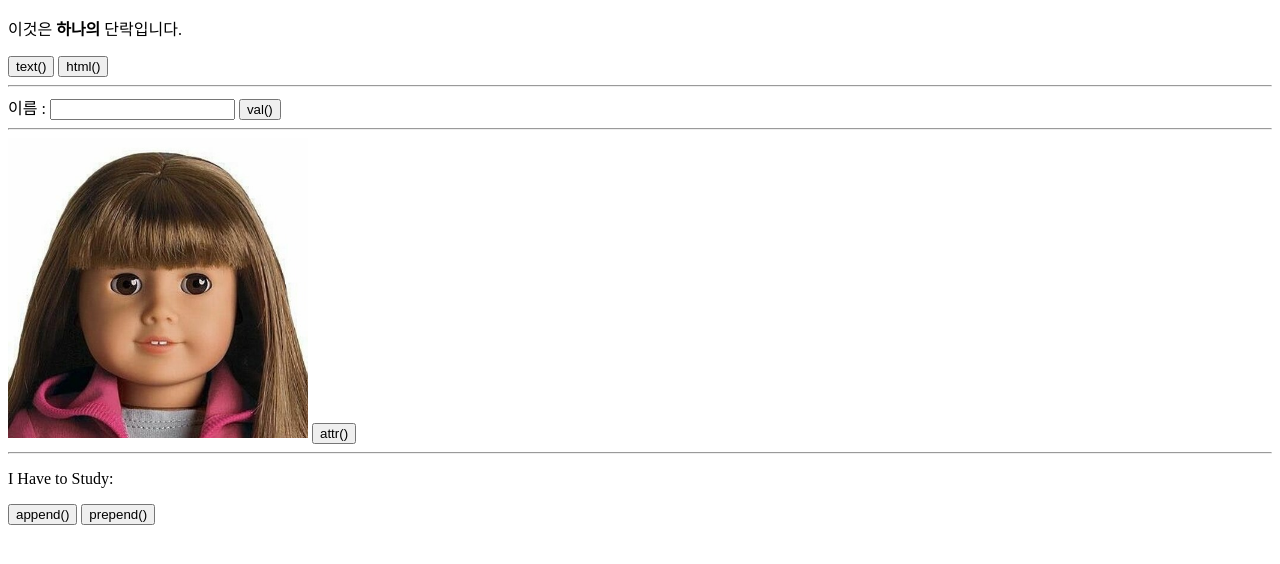
Repository: yujisu01/2021_504_java
Page: javascript_jquery/WebContent/jQuery_ex02.html
An editor plug-in stored every save of this project. The page is shown before and after a run of saves, followed by the edit.
The browser window is 1280 px wide. The pictures show the whole page.

Above is the page before, as saved 2021-04-15 05:09:17.

After the next 2 saves:
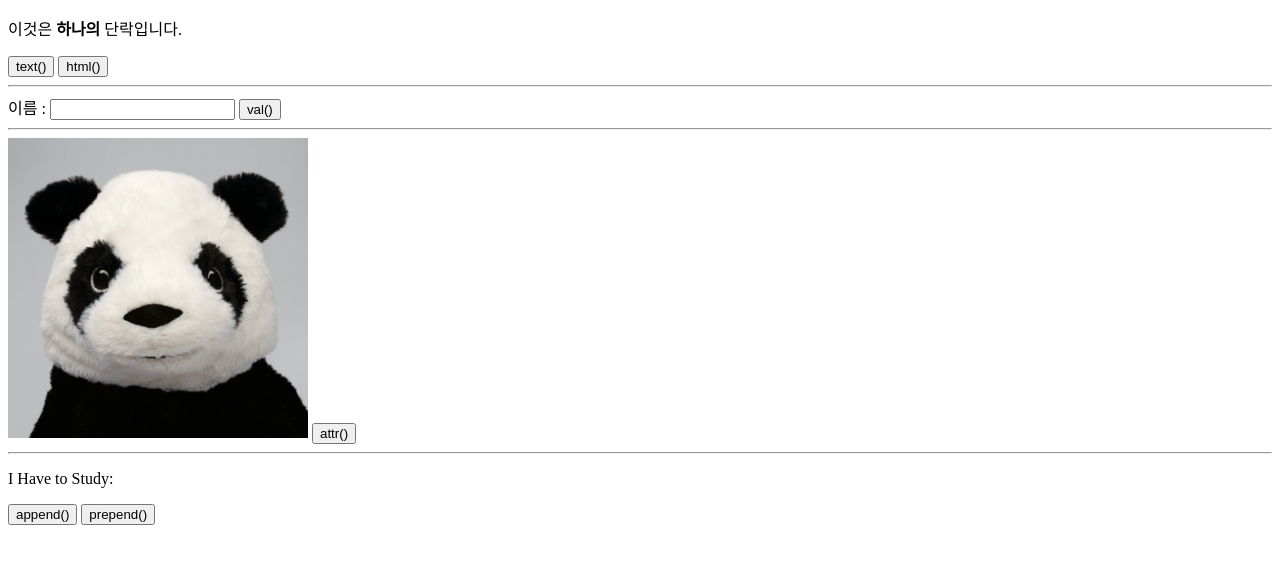
The 2 saves are shown as one change because they came seconds apart.
The last was saved 76 s later.
--- a/javascript_jquery/WebContent/jQuery_ex02.html
+++ b/javascript_jquery/WebContent/jQuery_ex02.html
@@ -20,6 +20,12 @@
 		$("#attr").click(function() {
 			alert($("#chain_dog").attr("src"));
 		});
+		$().click(function() {
+
+		});
+		$().click(function() {
+
+		});
 	});
 </script>
 </head>
@@ -31,7 +37,7 @@
 	이름 : <input type="text" id="irum" >
 	<button id="val">val()</button>
 	<hr>
-	<img id="chain_dog" alt="공부하는 강아지" src="images/image17.jpg"
+	<img id="chain_dog" alt="공부하는 강아지" src="images/image35.png"
 	width="300px;" height="300px;">
 	<button id="attr">attr()</button>
 	<hr>
